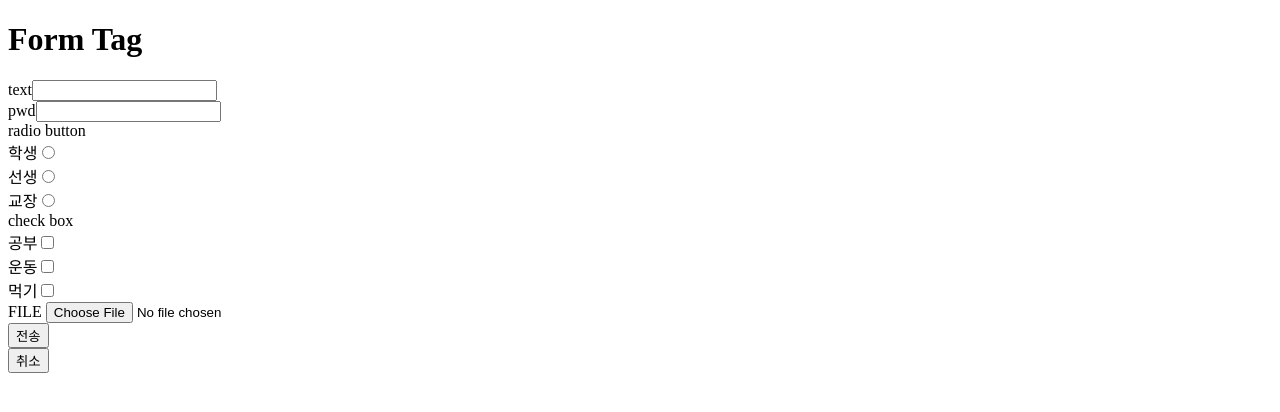
Repository: Scoobi-wisdoom/web
Page: d01/web/a6.html
These files come from the project's save history. The page is drawn as it stood at one moment and after the next save; the edit follows.
The browser window is 1280 px wide. The pictures show the whole page.

Above is the page before, as saved 2020-08-05 06:47:25.

After the next save:
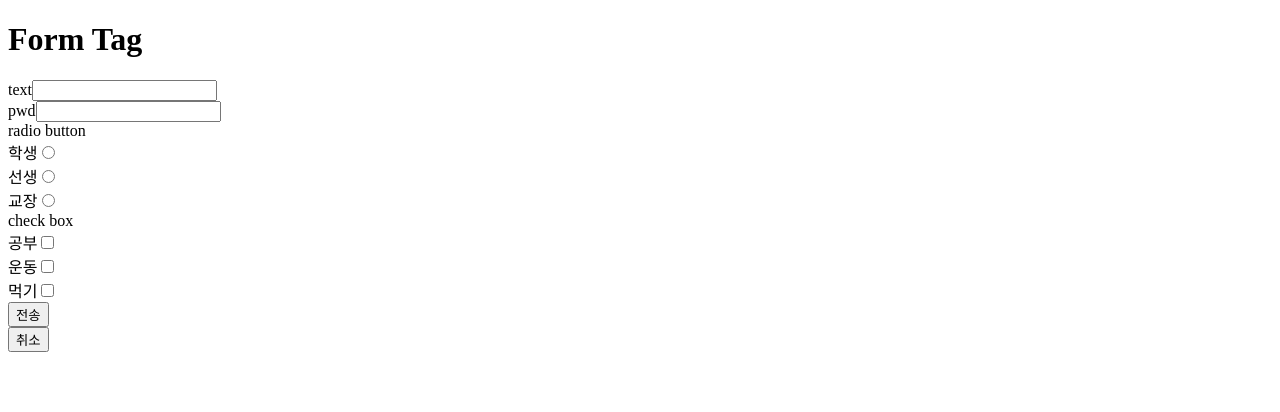
Saved 15 min 38 s later.
--- a/d01/web/a6.html
+++ b/d01/web/a6.html
@@ -6,7 +6,7 @@
 </head>
 <body>
 <h1>Form Tag</h1>
-<form>
+<form action="register" method="GET">
 text<input type="text" name="t1"><br>
 pwd<input type="password" name="p12"><br>
 radio button<br>
@@ -17,7 +17,6 @@ check box<br>
 공부<input type="checkbox" name="c1" value="z1"><br>
 운동<input type="checkbox" name="c1" value="z2"><br>
 먹기<input type="checkbox" name="c1" value="z3"><br>
-FILE <input type="file" name="file"><br>
 <input type="hidden" name="id" value="id01">
 <input type="submit" value="전송"><br>
 <input type="reset" value="취소"><br>
